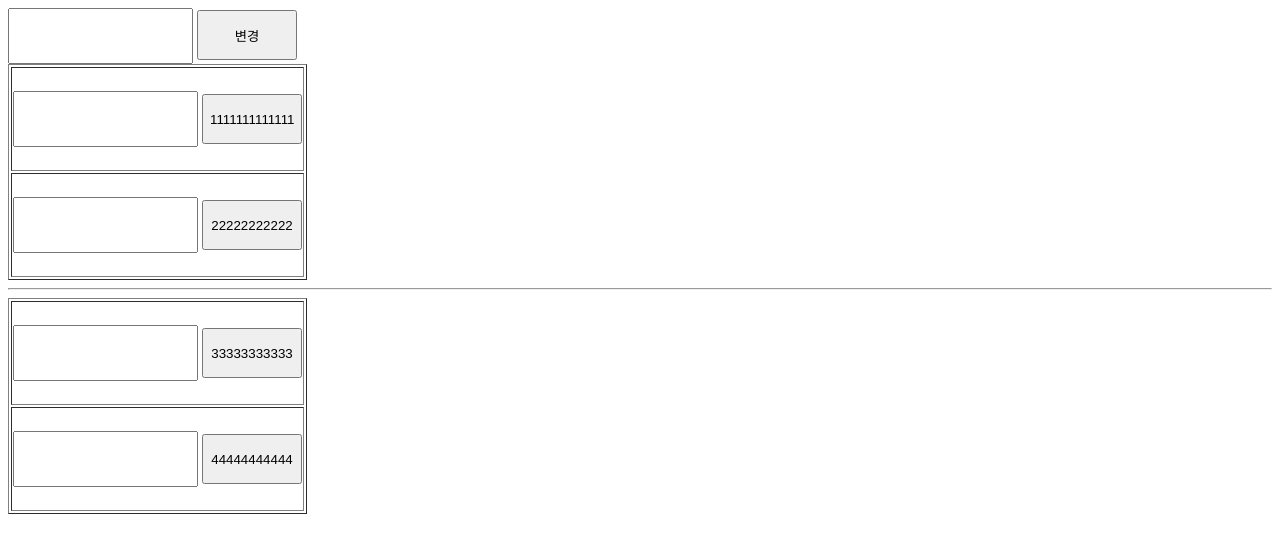
Repository: womss/sexyguy
Page: Spring/Feb14_1_jQuery/WebContent/2_DOM_Select.html
The author's editor kept a copy of each file at every save. The page is drawn from the files as they stood at one save, then again after the next save.
The browser window is 1280 px wide. The pictures show the whole page.

Above is the page before, as saved 2025-02-14 02:51:16.

### Spring/Feb14_1_jQuery/WebContent/2_DOM_Select.html
<!DOCTYPE html>
<html>
<head>
<meta charset="UTF-8">
<title>Insert title here</title>
<style type="text/css">
	td {height: 100px;}
	input {height: 50px;}
	button {width: 100px; height: 50px;}

</style>
<script type="text/javascript" src="jQuery.js"></script>
<script type="text/javascript">
	$(function() {
		// alert('asdf');

		// 선택자를 지정하지 않았을 때 특정 DOM객체를 어떻게 찾아낼 것인가?
		$("button").click(function() {

			// $(this) : 클릭이벤트의 발생함수(콜백함수)를 호출한 장본인
			//			누른 버튼만 해당하는 명령을 실행하도록!
			$(this).css("background-color", "red");

			// 누른 버튼이 있는 td에 배경색을 주기

			// $("td").css("background-color", "teal");
			// parent() : 내가 누른 this의 한단계 상위 DOM객체
			//		cf) 한단계 하위 객체 : children()
			$(this).parent().css("background-color", "teal");


			// 누른 버튼이 있는 table의 테두리를 파란색으로
			// $(this).parent().parent().parent().parent().css("border", "blue solid 3px");

			// closest("CSS선택자") : 상위에 있는 것 중에서 가장 가까운 CSS선택자
			//		cf) find("CSS선택자") : 하위객체 중에서 특정한(CSS선택자) 것
			$(this).closest("table").css("border", "blue solid 3px");
		});
		// td를 클릭했을 때 누른 td의 배경색을 노란색@
		// td를 클릭했을 때 그 td속에 있는 모든 것들의 배경색을 핑크색@
		// td를 클릭했을 때 그 td속에 들어있는 버튼의 테두리색 (색자유)

		// input에 쓴 글자가(입력하고 버튼 눌렀을 때)
		//	해당 input과 동일선상에 있는 button의 글자색이 되도록
		$("td").click(function() {
			$(this).css("background-color", "yellow");
			$(this).children().css("background-color", "pink");
			$(this).find("button").css("border", "orange solid 3px");


		});






	});
</script>
</head>
<body>
	<input id="ip">
	<button>변경</button>
	<table border="1">
		<tr><td><input> <button>1111111111111</button></td></tr>
		<tr><td><input> <button>22222222222</button></td></tr>
	</table>
	<hr>
	<table border="1">
		<tr><td><input> <button>33333333333</button></td></tr>
		<tr><td><input> <button>44444444444</button></td></tr>
	</table>
</body>
</html>

Loaded but not shown: Spring/Feb14_1_jQuery/WebContent/jQuery.js (library)

After the next save:
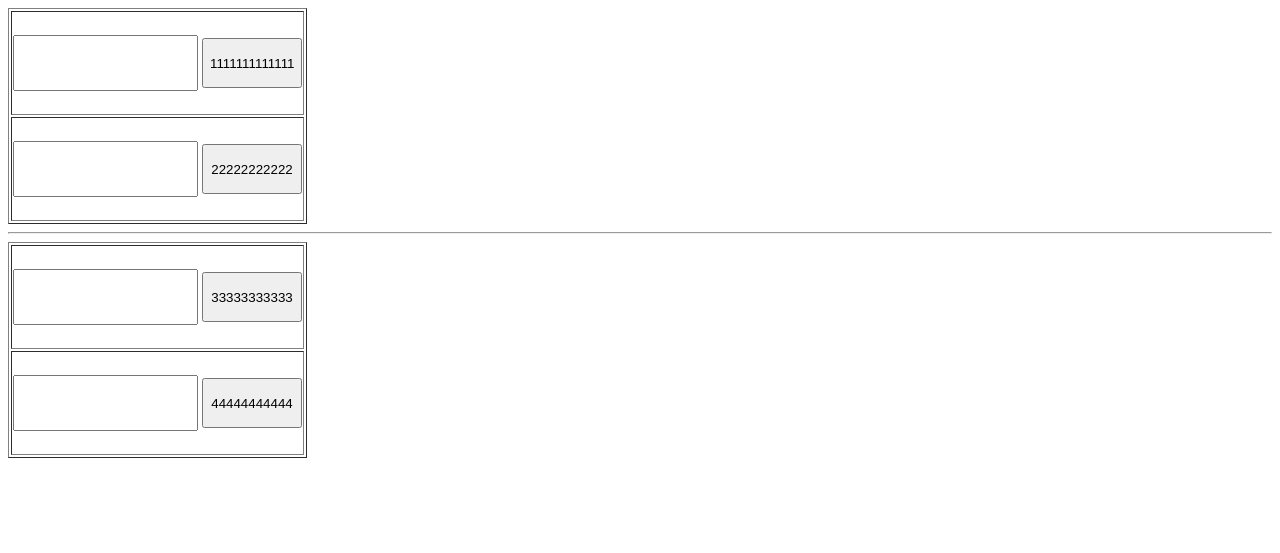
Saved 16 s later.
--- a/Spring/Feb14_1_jQuery/WebContent/2_DOM_Select.html
+++ b/Spring/Feb14_1_jQuery/WebContent/2_DOM_Select.html
@@ -59,8 +59,6 @@
 </script>
 </head>
 <body>
-	<input id="ip">
-	<button>변경</button>
 	<table border="1">
 		<tr><td><input> <button>1111111111111</button></td></tr>
 		<tr><td><input> <button>22222222222</button></td></tr>
